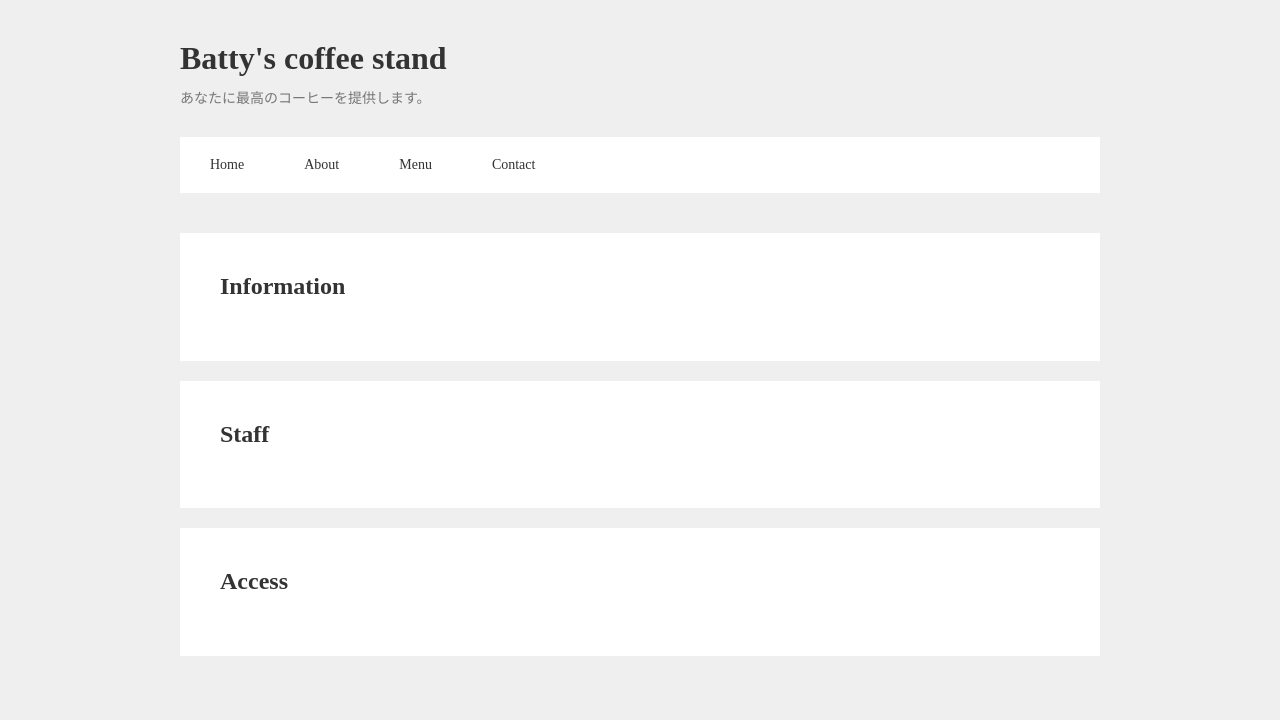
Repository: jun372isavailable/sample3
Page: html/batty_coffee_stand/index.html
The author's editor kept a record of every edit. The page is drawn from the files as they stood at one moment, then again after the next edit.
The browser window is 1280 px wide. The pictures show the whole page.

Above is the page before.

### html/batty_coffee_stand/index.html
<!DOCTYPE HTML>
<html>
  <head>
    <meta charset="UTF-8">
    <title>Batty's Coffee Stand</title>
    <link rel="stylesheet" href="css/normalize.css">
    <link rel="stylesheet" href="css/style.css">
  </head>
  <body>
    <header>
        <div class="container">
            <div class="header-title-area">
                <h1 class="logo">Batty's coffee stand</h1>
                <p class="text-sub">あなたに最高のコーヒーを提供します。</p>
            </div>
            <ul class="header-navigation">
                <li><a href="#">Home</a></li>
                <li><a href="#">About</a></li>
                <li><a href="#">Menu</a></li>
                <li><a href="#">Contact</a></li>
            </ul>
        </div>
    </header>
    <div class="main">
        <div class="container">
            <div class="left-contents">
                <div class="card-contents">
                    <h2 class="text-title">Information</h2>
                </div>
                <div class="card-contents">
                    <h2 class="text-title">Staff</h2>
                </div>
            </div>
            <div class="right-contents">
                <div class="card-contents">
                    <h2 class="text-title">Access</h2>
                </div>
            </div>
        </div>
    </div>
  </body>
</html>

### html/batty_coffee_stand/css/style.css
body {
    background-color: #efefef;
    font-size: 14px;
    color: #333;
    margin: 0;
}

h1,h2,h3,h4,h5 {
    margin: 0 0 10px 0;
    padding: 0;
}

header {
    margin-top: 20px;
}

.container {
    width: 920px;
    margin: 0 auto 40px auto;
}

.header-title-area {
    margin-top: 40px;
    margin-bottom: 30px;
}

.logo {
    font-size: 32px;
}

.text-sub {
    color: #777;
}

.header-navigation {
    width: 100%;
    background-color: #fff;
    padding: 20px 0;
}

.header-navigation:after {
    clear: both;
    display: block;
    content: " ";
}

.header-navigation li {
    float: left;
    padding: 0 30px;
    text-align: center;
    list-style-type: none;
}

.header-navigation li a {
    color: #333;
    text-decoration: none;
}

.text-title {
    font-size: 24px;
    font-weight: bold;
    margin-top: 0;
    margin-bottom: 20px;
}

.card-contents {
    padding: 40px;
    display: block;
    margin-bottom: 20px;
    background-color: #fff;
}

Loaded but not shown: html/batty_coffee_stand/css/normalize.css (library)

After the next edit:
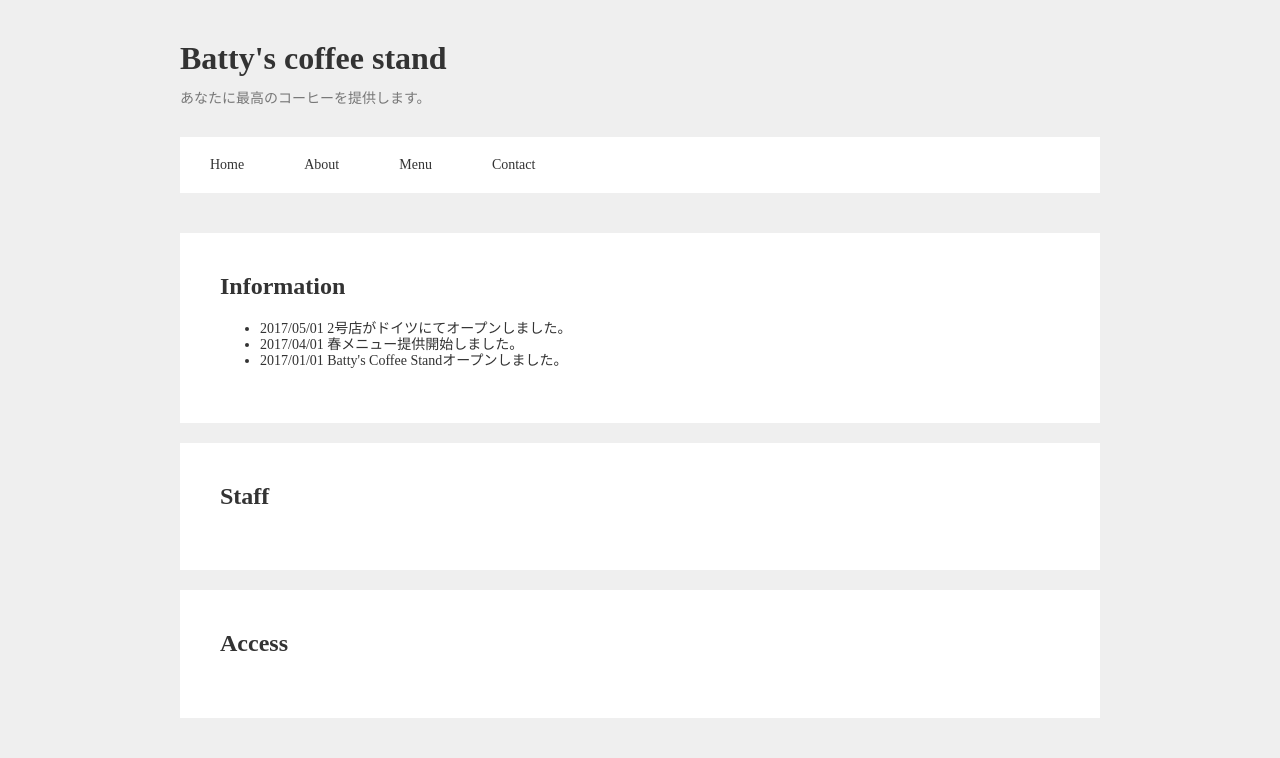
The edit:
--- a/html/batty_coffee_stand/index.html
+++ b/html/batty_coffee_stand/index.html
@@ -26,6 +26,11 @@
             <div class="left-contents">
                 <div class="card-contents">
                     <h2 class="text-title">Information</h2>
+                    <ul class="information-list">
+                        <li>2017/05/01 2号店がドイツにてオープンしました。</li>
+                        <li>2017/04/01 春メニュー提供開始しました。</li>
+                        <li>2017/01/01 Batty's Coffee Standオープンしました。</li>
+                    </ul>
                 </div>
                 <div class="card-contents">
                     <h2 class="text-title">Staff</h2>
